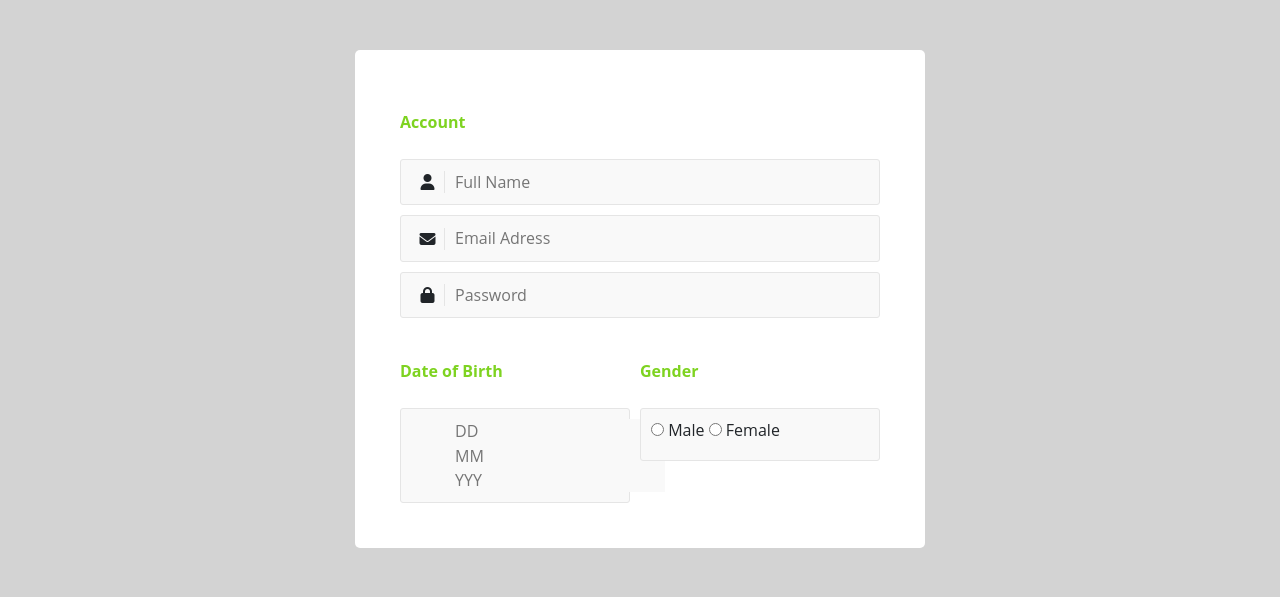
Repository: letrongtinh27/LapTrinhWeb
Page: Payment/index.html
The author's editor kept a copy of each file at every save. The page is drawn from the files as they stood at one save, then again after the next save.
The browser window is 1280 px wide. The pictures show the whole page.

Above is the page before, as saved 2022-10-11 21:14:18.

After the next save:
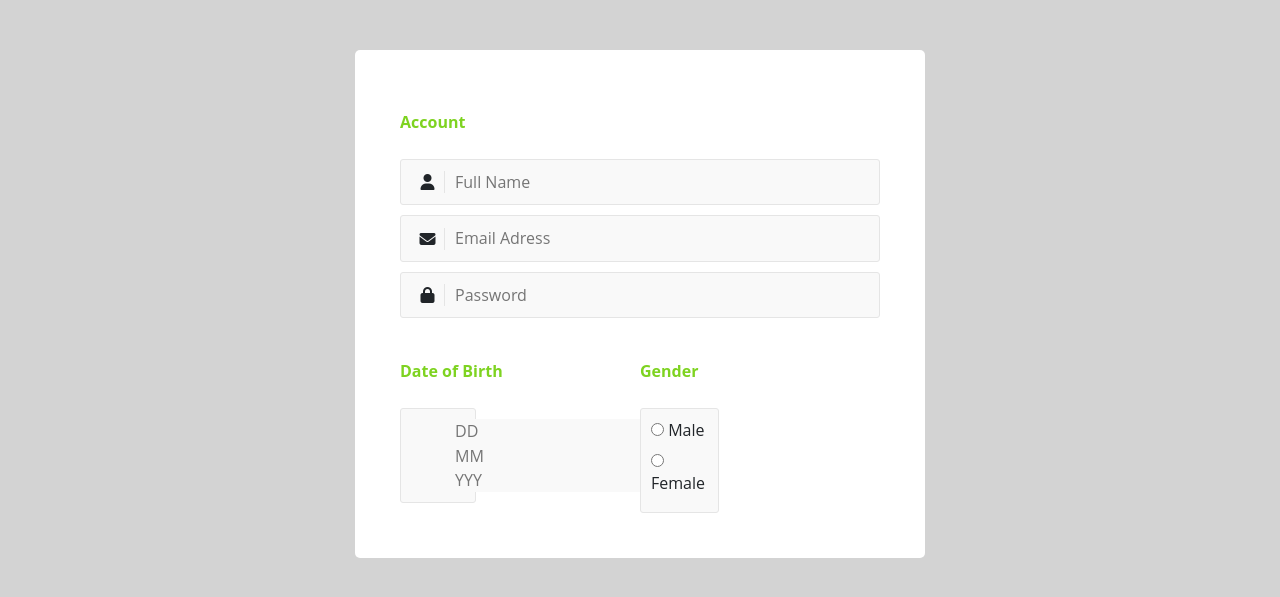
Saved 109 s later.
--- a/Payment/style.css
+++ b/Payment/style.css
@@ -84,7 +84,7 @@ body {
     float: left;
 
 }
-.form-group2 >.form-item{
+.form-group2 .form-item{
     padding-right: 10px;
     float: left;
     width: 33%;
